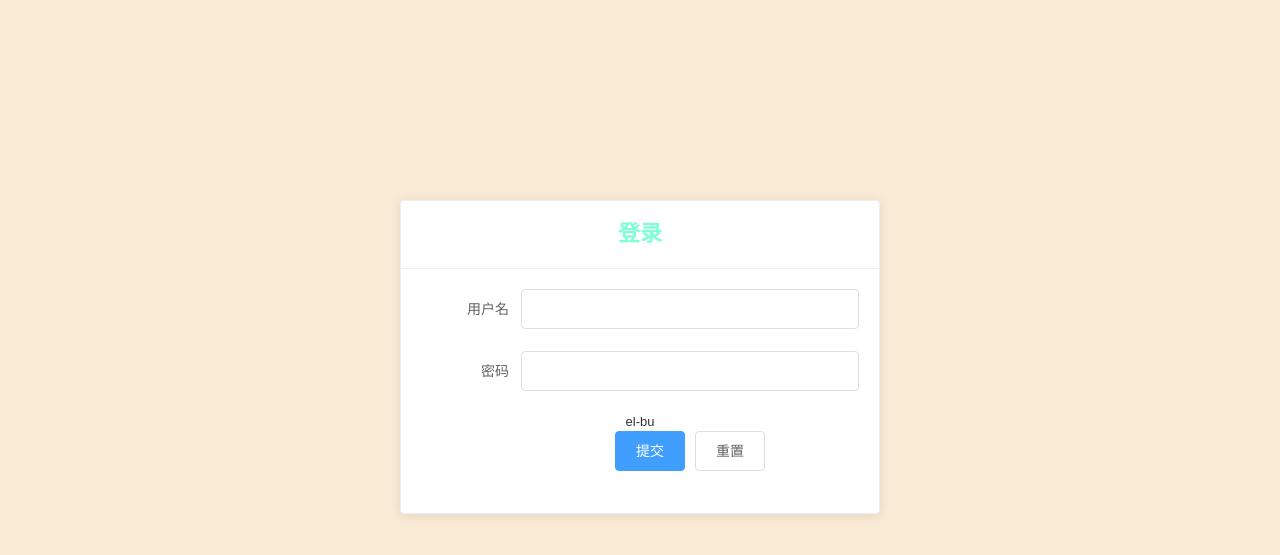
Repository: wuder-jie/Manager-System
Page: /
An editor plug-in stored every save of this project. The page is shown before and after the next save, followed by the edit.
The browser window is 1280 px wide. The pictures show the whole page.
The project was rebuilt for these pictures with package versions that can differ from the ones it lists, and the page was loaded fresh each time. Also part of the build but not shown: vue.config.js.

Above is the page before, as saved 2022-11-26 16:07:04.

### src/main.js
import Vue from "vue";
import App from "./App.vue";
import ElementUI from "element-ui";
import "element-ui/lib/theme-chalk/index.css";
// 引入reset样式重置文件。
import "@/assets/css/reset.css";
// 引入图标样式
import "font-awesome/css/font-awesome.min.css";
// 引入axios
import axios from "axios";
// 引入路由器
import router from "@/router";
// 把axios挂载到原型，所有的vc都可访问。
Vue.prototype.axios = axios;
Vue.config.productionTip = false;
Vue.use(ElementUI);

new Vue({ router, render: (h) => h(App) }).$mount("#app");

### src/App.vue
<template>
  <div id="app">
    <router-view></router-view>
  </div>
</template>

<script>
export default {
  name: "app",
  data() {
    return {};
  },
  components: {},
  methods: {},
};
</script>
<style lang="scss">
.suc {
  background-color: red;
}
</style>

### src/assets/css/reset.css
body {
  font-family:arial,helvetica,sans-serif;
  font-size:13px;
  font-size-adjust:none;
  font-stretch:normal;
  font-style:normal;
  font-variant:normal;
  font-weight:normal;
  line-height:1.4;
  text-align:center;
  }
  *{
    margin: 0;
    padding: 0;
    box-sizing: border-box;
  }
  html,body,#app{
    width: 100%;
    height: 100%;
  }
  body, ul, ol, dl, dd, h1, h2, h3, h4, h5, h6, p, form, fieldset, legend, input, textarea, select, button, th, td {
  margin:0;
  padding:0;
  }
  h1, h2, h3, h4, h5, h6 {
  font-size:100%;
  font-weight:normal;
  }
  table {
  font-size:inherit;
  }
  input, select {
  font-family:arial,helvetica,clean,sans-serif;
  font-size:100%;
  font-size-adjust:none;
  font-stretch:normal;
  font-style:normal;
  font-variant:normal;
  font-weight:normal;
  line-height:normal;
  }
  button {
  overflow:visible;
  }
  th, em, strong, b, address, cite {
  font-style:normal;
  font-weight:normal;
  }
  li {
  list-style-image:none;
  list-style-position:outside;
  list-style-type:none;
  }
  img, fieldset {
  border:0 none;
  }
  ins {
  text-decoration:none;
  }

### src/router/index.js
import Vue from "vue";
import Router from "vue-router";
Vue.use(Router);
const routes = [
  {
    path: "/",
    redirect: "/login",
  },
  {
    name: "login",
    path: "/login",
    // 路由懒加载
    component: () => import("@/pages/login"),
  },
  {
    name: "home",
    path: "/home",
    // 路由懒加载
    component: () => import("@/pages/home"),
    // 异步组件
    // component: (resolve) => require(["@/pages/home"], resolve),
  },
];

const router = new Router({
  mode: "history",
  routes,
});
export default router;

### src/pages/login/index.vue
<template>
  <div id="login">
    <el-card class="box-card">
      <div slot="header" class="clearfix">
        <span>登录</span>
      </div>
      <el-form
        :model="ruleForm"
        status-icon
        :rules="rules"
        ref="ruleForm"
        label-width="100px"
        class="demo-ruleForm"
      >
        <el-form-item label="用户名" prop="username">
          <el-input
            type="username"
            v-model="ruleForm.username"
            autocomplete="off"
          ></el-input>
        </el-form-item>
        <el-form-item label="密码" prop="password">
          <el-input
            type="password"
            v-model="ruleForm.password"
            autocomplete="off"
          ></el-input>
        </el-form-item>
       el-bu
        <el-form-item>
          <el-button type="primary" @click="submitForm('ruleForm')"
            >提交</el-button
          >
          <el-button @click="resetForm('ruleForm')">重置</el-button>
        </el-form-item>
      </el-form>
    </el-card>
  </div>
</template>

<script>
export default {
  name: "LoginItem",
  data() {
    var checkAge = (rule, value, callback) => {
      if (!value) {
        return callback(new Error("年龄不能为空"));
      }
      setTimeout(() => {
        if (!Number.isInteger(value)) {
          callback(new Error("请输入数字值"));
        } else {
          if (value < 18) {
            callback(new Error("必须年满18岁"));
          } else {
            callback();
          }
        }
      }, 1000);
    };
    var validatePass = (rule, value, callback) => {
      if (value === "") {
        callback(new Error("请输入密码"));
      } else {
        if (this.ruleForm.checkPass !== "") {
          this.$refs.ruleForm.validateField("checkPass");
        }
        callback();
      }
    };
    var validatePass2 = (rule, value, callback) => {
      if (value === "") {
        callback(new Error("请再次输入密码"));
      } else if (value !== this.ruleForm.pass) {
        callback(new Error("两次输入密码不一致!"));
      } else {
        callback();
      }
    };
    return {
      ruleForm: {
        username: "",
        password: "",
        age: "",
      },
      rules: {
        pass: [{ validator: validatePass, trigger: "blur" }],
        checkPass: [{ validator: validatePass2, trigger: "blur" }],
        age: [{ validator: checkAge, trigger: "blur" }],
      },
    };
  },
  methods: {
    submitForm(formName) {
      this.$refs[formName].validate((valid) => {
        if (valid) {
          alert("submit!");
        } else {
          console.log("error submit!!");
          return false;
        }
      });
    },
    resetForm(formName) {
      this.$refs[formName].resetFields();
    },
  },
};
</script>
<style lang="scss">
#login {
  position: absolute;
  width: 100%;
  height: 100%;
  background-color: antiquewhite;
  .text {
    font-size: 14px;
  }
  .clearfix span {
    font-size: 22px;
    font-weight: 600;
    color: aquamarine;
  }

  .clearfix:before,
  .clearfix:after {
    display: table;
    content: "";
  }
  .clearfix:after {
    clear: both;
  }

  .box-card {
    width: 480px;
    margin: 200px auto;
  }
}
</style>

Loaded but not shown: public/index.html (common file)

After the next save:
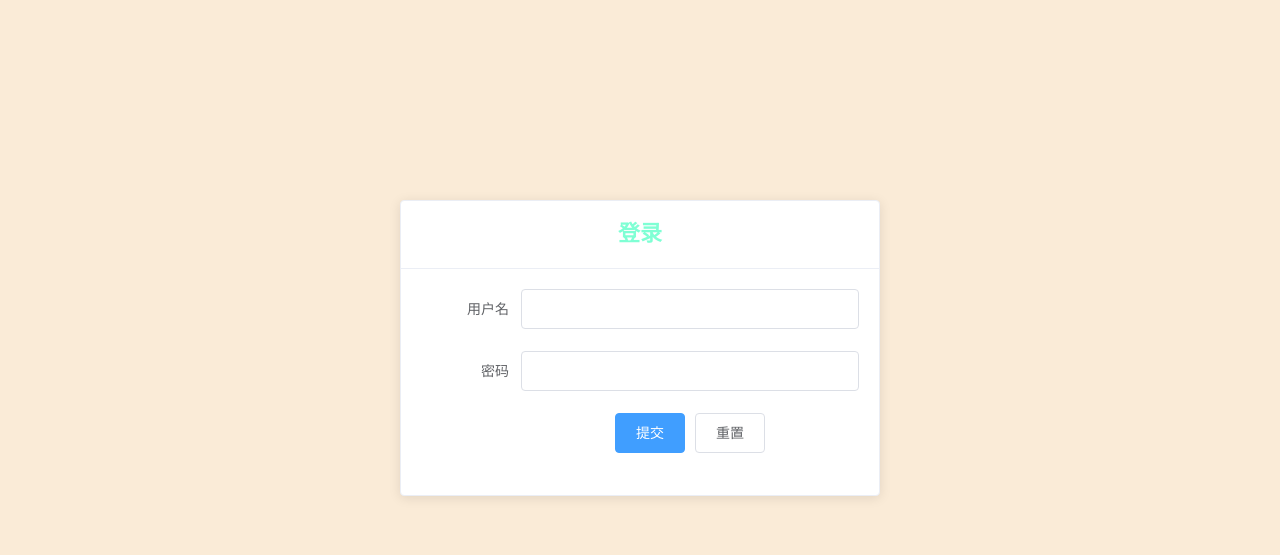
Saved 4 s later.
--- a/src/pages/login/index.vue
+++ b/src/pages/login/index.vue
@@ -26,7 +26,7 @@
             autocomplete="off"
           ></el-input>
         </el-form-item>
-       el-bu
+
         <el-form-item>
           <el-button type="primary" @click="submitForm('ruleForm')"
             >提交</el-button
